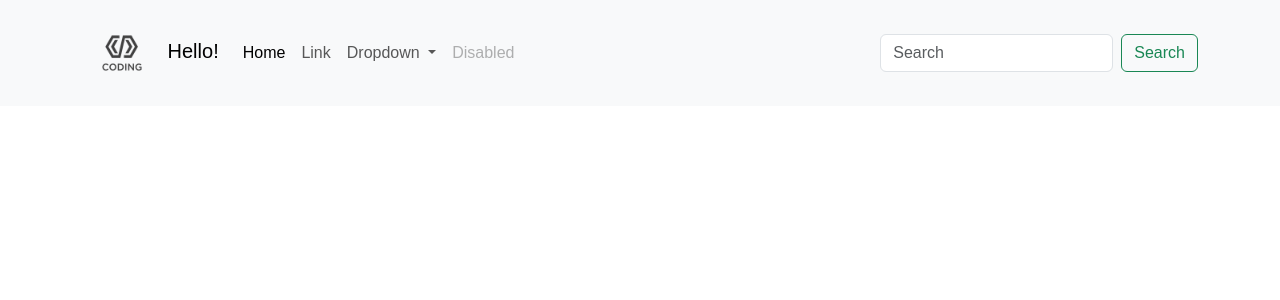
Repository: gitDominusoft/NewProject
Page: index.html
An editor plug-in stored every save of this project. The page is shown before and after the next save, followed by the edit.
The browser window is 1280 px wide. The pictures show the whole page.

Above is the page before, as saved 2024-12-09 15:08:43.

After the next save:
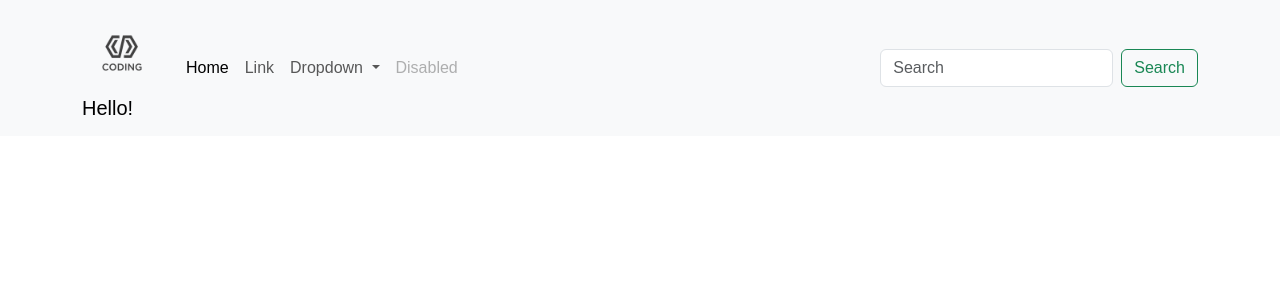
Saved 21 s later.
--- a/index.html
+++ b/index.html
@@ -16,7 +16,7 @@
     <!-- nis navbar -->
     <nav class="navbar navbar-expand-lg bg-body-tertiary">
         <div class="container">
-            <a class="navbar-brand" href="index.html"><img src="images/logo.png" alt=""> Hello!</a>
+            <a class="navbar-brand" href="index.html"><img src="images/logo.png" alt=""> <br> Hello!</a>
             <button class="navbar-toggler" type="button" data-bs-toggle="collapse"
                 data-bs-target="#navbarSupportedContent" aria-controls="navbarSupportedContent" aria-expanded="false"
                 aria-label="Toggle navigation">
